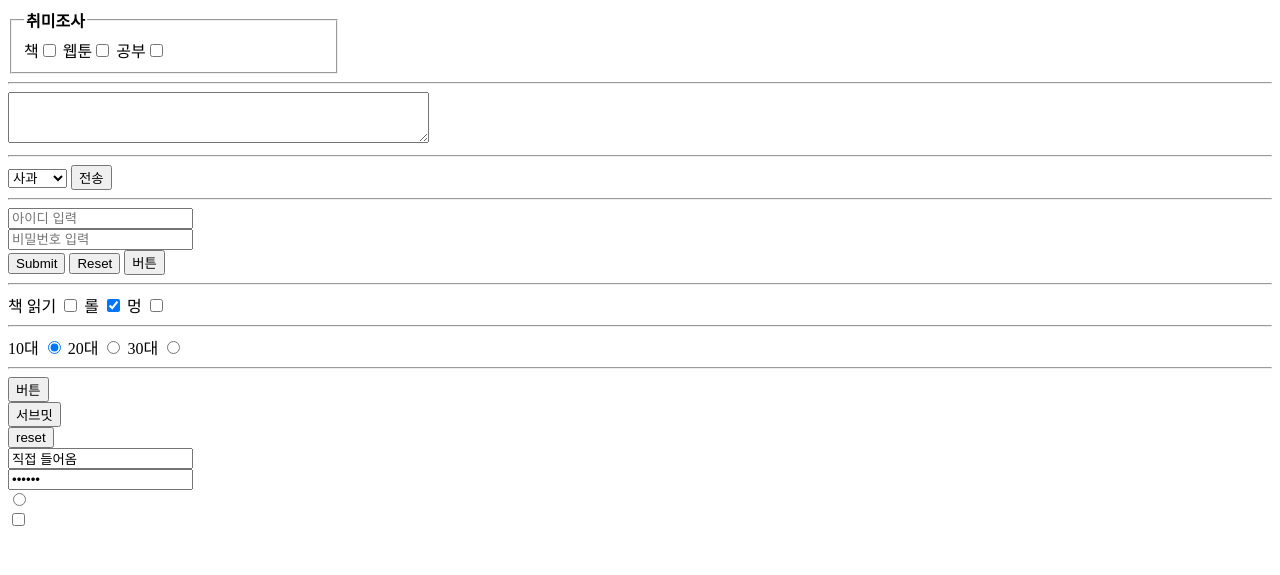
Repository: basstpgns/20201029html
Page: jsp/html/test02.html
An editor plug-in stored every save of this project. The page is shown before and after the next save, followed by the edit.
The browser window is 1280 px wide. The pictures show the whole page.

Above is the page before, as saved 2020-10-30 01:44:41.

### jsp/html/test02.html
<!DOCTYPE html>
<html>
<head>
<meta charset="UTF-8">
<title>Insert title here</title>
</head>
<body>
	<fieldset style="width: 300px;">
		<legend>
			<b>취미조사</b>
		</legend>
		책<input type="checkbox">
		웹툰<input type="checkbox">
		공부<input type="checkbox">
	</fieldset>
	<hr>
	<textarea rows="3" cols="50"></textarea>
	<hr>
	<form>
		<select size="1" name="select">
			<!-- 사용자가 선택한 값의 value를 넘겨준다.  -->
			<option value="사과11">사과
			<option value="배11">배
			<option value="복숭아11">복숭아
			<option value="수박11">수박
		</select>
		<button type="submit">전송</button>
	</form>
	<hr>
	<form action="test01.html" method="post">
		<!-- 버튼을 동작하기 위한 명령어 -->
		<input type="text" name="id" placeholder="아이디 입력"><br>
		<!--
			name에 입력한 값을 저장시키고 전달해준다. 변수를 만들어준다.
			method를 입력하지 않으면 기본값으로 get방식이 된다.
			get방식 : 사용자가 입력한 값을 url에 넘겨주는 방식 / 최대 256byte까지만 지원한다. / 용량이 적거나 다른 사용자에게 보여져도 상관없으면 get방식을 이용한다.
			post방식 : 데이터를 헤드에 붙혀서 넘겨주기 때문에  대용량데이터의 전달이 가능하다. / 데이터에 보안이 필요할 때 사용한다.
		 -->
		<input type="text" name="pw" placeholder="비밀번호 입력"> <br>
		<input type="submit" placeholder="로그인">
		<!-- submit은 무조건 form으로 묶어줘야 한다. 버튼이 눌렸을 때 action에 경로가 있다면 해당하는 경로로 이동한다. -->
		<input type="reset" placeholder="초기화"> <input type="button"
			value="버튼">
		<!-- 버튼은 다른방식을 이동해야 한다. -->
	</form>
	<hr>
	책 읽기
	<input type="checkbox"> 롤
	<input type="checkbox" checked> 멍
	<input type="checkbox">
	<hr>
	10대
	<input type="radio" name="age" checked> 20대
	<input type="radio" name="age"> 30대
	<input type="radio" name="age">
	<hr>
	<input type="button" value="버튼">
	<br>
	<input type="submit" value="서브밋">
	<br>
	<input type="reset" value="reset">
	<br>
	<input type="text" value="직접 들어옴">
	<br>
	<input type="password" value="직접 들어옴">
	<br>
	<input type="radio" value="">
	<br>
	<input type="checkbox" value="">
	<br>
</body>
</html>

After the next save:
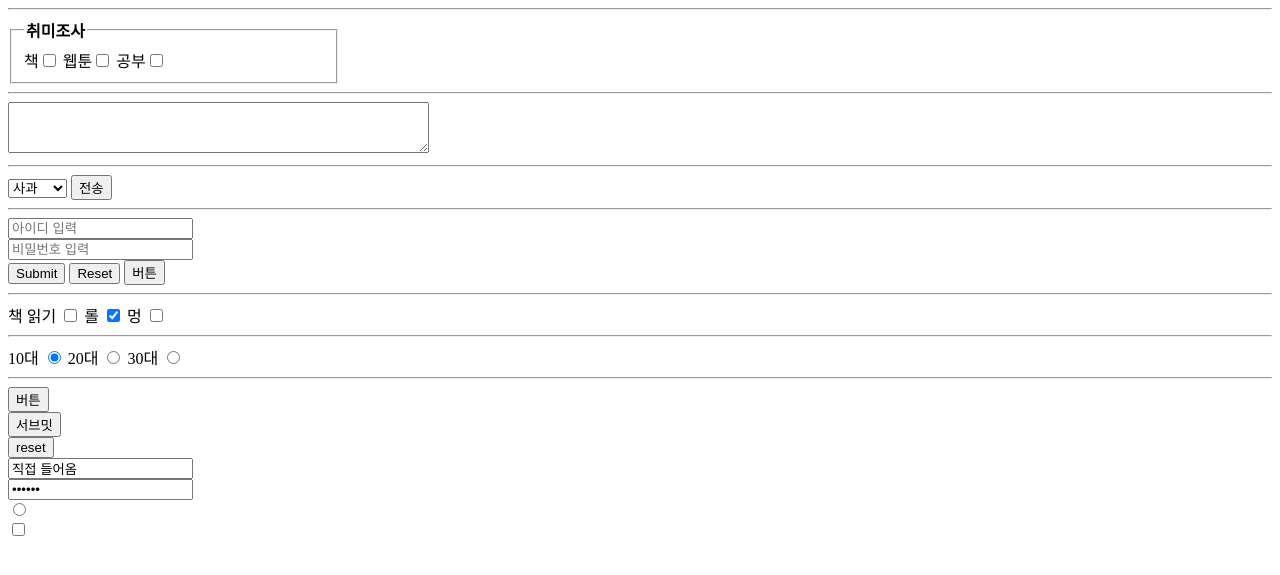
Saved 58 s later.
--- a/jsp/html/test02.html
+++ b/jsp/html/test02.html
@@ -5,13 +5,14 @@
 <title>Insert title here</title>
 </head>
 <body>
+	<div></div>
+	<hr>
 	<fieldset style="width: 300px;">
 		<legend>
 			<b>취미조사</b>
 		</legend>
-		책<input type="checkbox">
-		웹툰<input type="checkbox">
-		공부<input type="checkbox">
+		책<input type="checkbox"> 웹툰<input type="checkbox"> 공부<input
+			type="checkbox">
 	</fieldset>
 	<hr>
 	<textarea rows="3" cols="50"></textarea>
